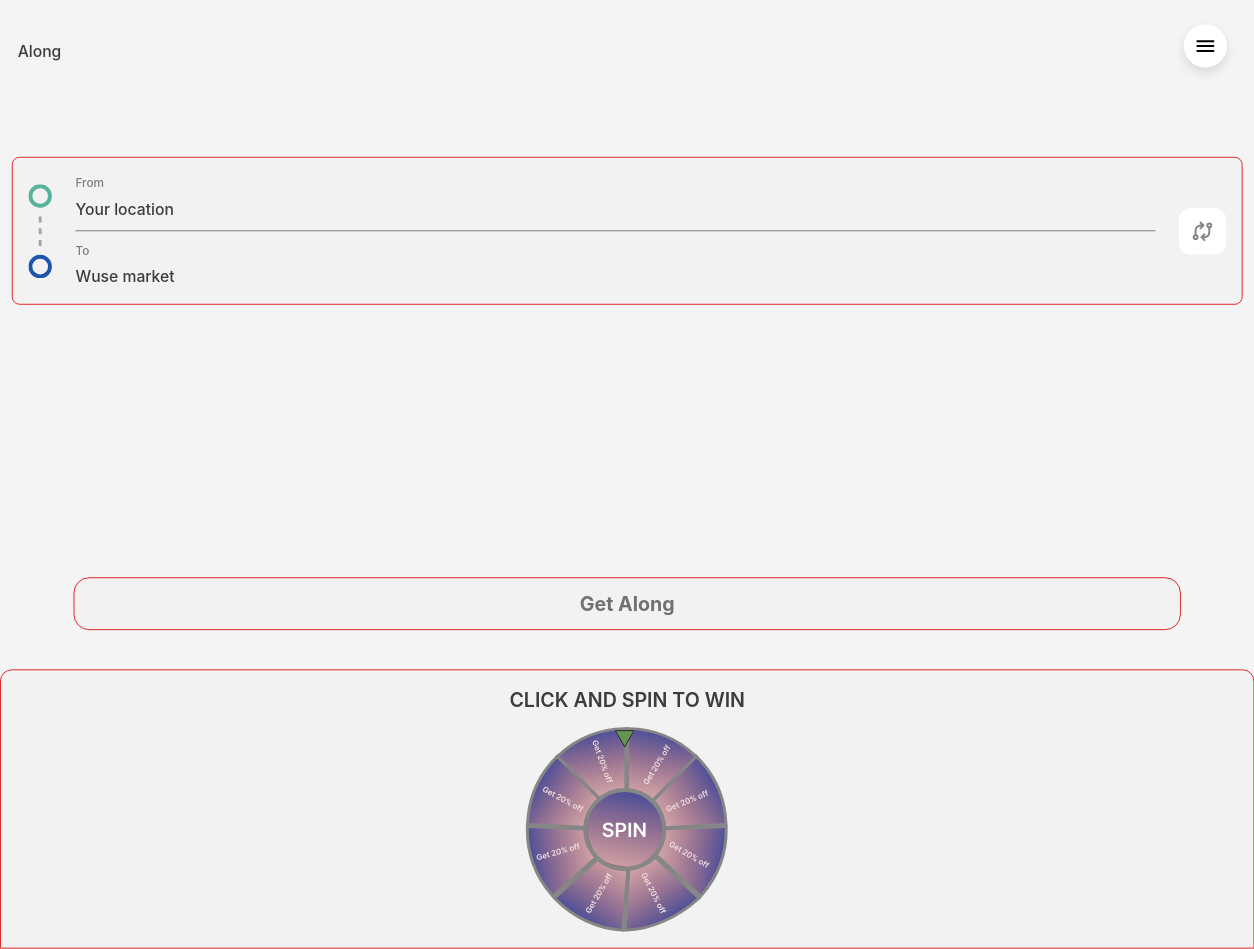
Repository: TeamAlong/Along-App
Page: /
An editor plug-in stored every save of this project. The page is shown before and after the next save, followed by the edit.
The browser window is 1280 px wide. The pictures show the whole page, at 98% of full size.
The project was rebuilt for these pictures with package versions that can differ from the ones it lists, and the page was loaded fresh each time. The framework's server and built-in components were replaced by stand-ins that run in the browser. Also part of the build but not shown: next.config.mjs, src/components/user/drivers-preview.js.

Above is the page before, as saved 2024-02-26 22:39:21.

After the next save:
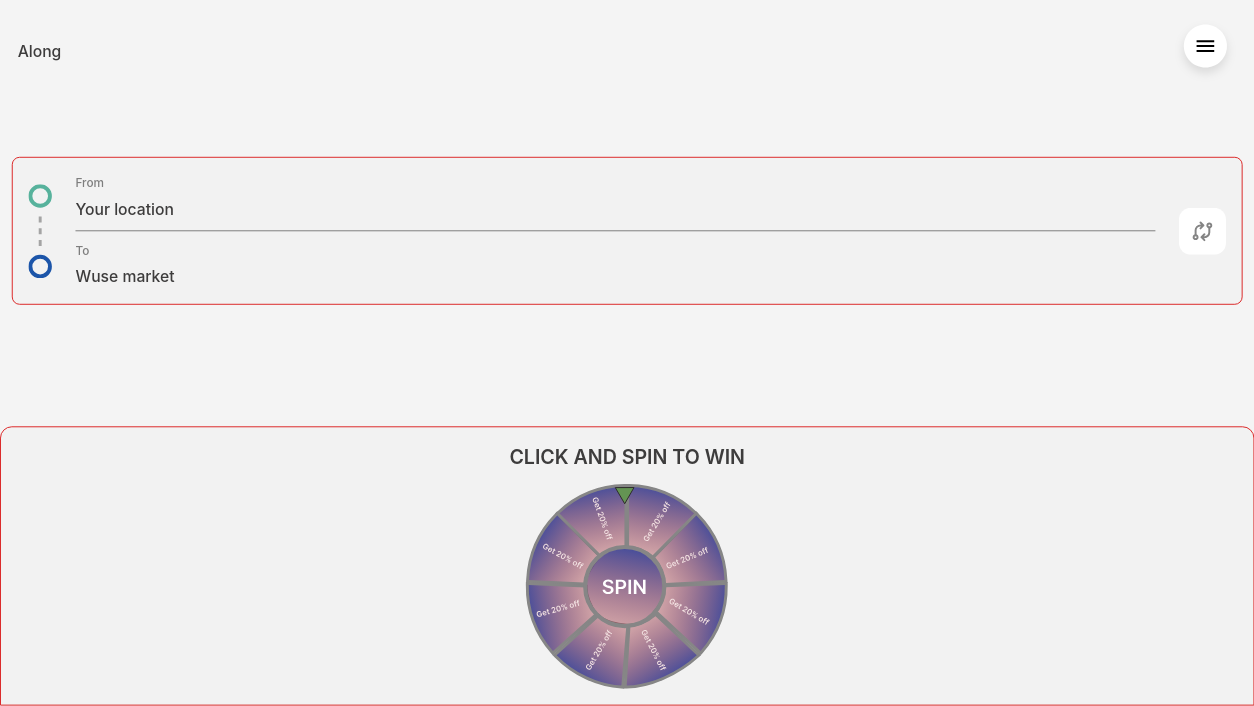
Saved 6 min 58 s later.
--- a/src/components/Footer.js
+++ b/src/components/Footer.js
@@ -6,7 +6,7 @@ import Spin from "../../public/assets/spin-board.svg";
 export default function Footer() {
   const { showSpin } = useUi();
   return (
-    <footer className="w-full bg-[#F2F2F2] rounded-tl-[12px] rounded-tr-[12px] overflow-y-scroll border border-red-600 z-50 ">
+    <footer className=" fixed inset-x-0 bottom-0 w-full bg-[#F2F2F2] rounded-tl-[12px] rounded-tr-[12px] overflow-y-scroll border border-red-600 z-50 ">
       {showSpin ? (
         <div className="flex flex-col gap-2.5 items-center pt-4">
           <h3 className="text-xl font-semibold">CLICK AND SPIN TO WIN</h3>
